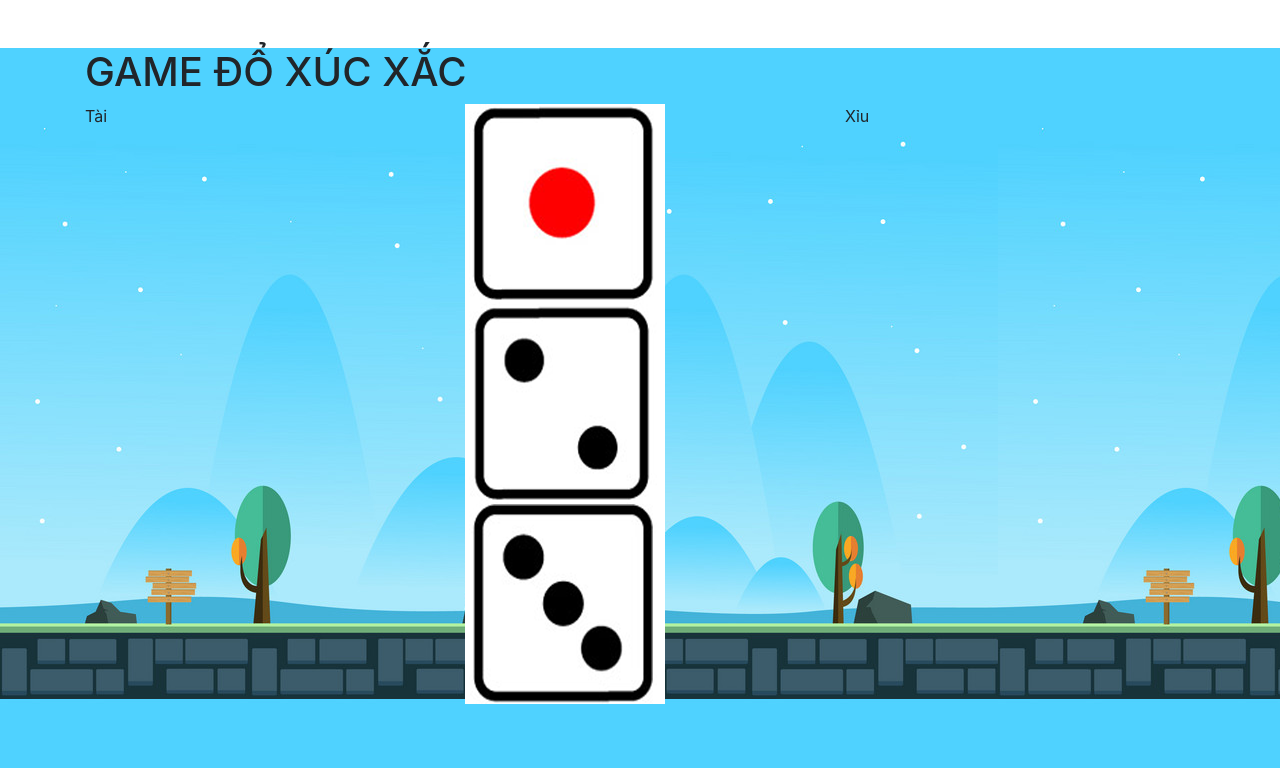
Repository: dovanthao2404/game-xuc-sac
Page: /
The author's editor kept a copy of each file at every save. The page is drawn from the files as they stood at one save, then again after the next save.
The browser window is 1280 px wide. The pictures show the whole page.
The project was rebuilt for these pictures with package versions that can differ from the ones it lists, and the page was loaded fresh each time.

Above is the page before, as saved 2021-09-11 13:03:17.

### public/index.html
<!DOCTYPE html>
<html lang="en">

<head>
  <meta charset="utf-8" />
  <link rel="icon" href="%PUBLIC_URL%/favicon.ico" />
  <meta name="viewport" content="width=device-width, initial-scale=1" />
  <meta name="theme-color" content="#000000" />
  <meta name="description" content="Web site created using create-react-app" />
  <link rel="apple-touch-icon" href="%PUBLIC_URL%/logo192.png" />
  <link rel="manifest" href="%PUBLIC_URL%/manifest.json" />
  <title>React App</title>
  <link rel="stylesheet" href="https://cdn.jsdelivr.net/npm/bootstrap@4.6.0/dist/css/bootstrap.min.css"
    integrity="sha384-B0vP5xmATw1+K9KRQjQERJvTumQW0nPEzvF6L/Z6nronJ3oUOFUFpCjEUQouq2+l" crossorigin="anonymous">
  <link rel="stylesheet" href="%PUBLIC_URL%/css/style.css">
</head>

<body>
  <noscript>You need to enable JavaScript to run this app.</noscript>
  <div id="root"></div>
</body>

</html>

### src/index.css
body {
  margin: 0;
  padding: 0;
  box-sizing: border-box;
  font-family: -apple-system, BlinkMacSystemFont, 'Segoe UI', 'Roboto', 'Oxygen',
    'Ubuntu', 'Cantarell', 'Fira Sans', 'Droid Sans', 'Helvetica Neue',
    sans-serif;
  -webkit-font-smoothing: antialiased;
  -moz-osx-font-smoothing: grayscale;
}

code {
  font-family: source-code-pro, Menlo, Monaco, Consolas, 'Courier New',
    monospace;
}

### src/App.js


function App() {
  return (
    <div className="main">
      <div className="container mt-5">
        <div className="title">
          <h1>GAME ĐỔ XÚC XẮC</h1>
        </div>
        <div>
          <div class="row justify-content-between">
            <div className="col-4">
              <div className="type">
                <span>Tài</span>
              </div>
            </div>
            <div className="col-4">
              <div>
                <img src="./images/1.png" alt="" />
                <img src="./images/2.png" alt="" />
                <img src="./images/3.png" alt="" />
              </div>
            </div>
            <div className="col-4">
              <div className="type">
                <span>Xỉu</span>
              </div>
            </div>
          </div>
        </div>
      </div>
    </div>
  );
}

export default App;

### public/css/style.css
.main {
  background-image: url(./../images/bgGame.png);
  height: 100vh;
  width: 100vw;
}

Loaded but not shown: src/index.js (common file); src/reportWebVitals.js (common file)

After the next save:
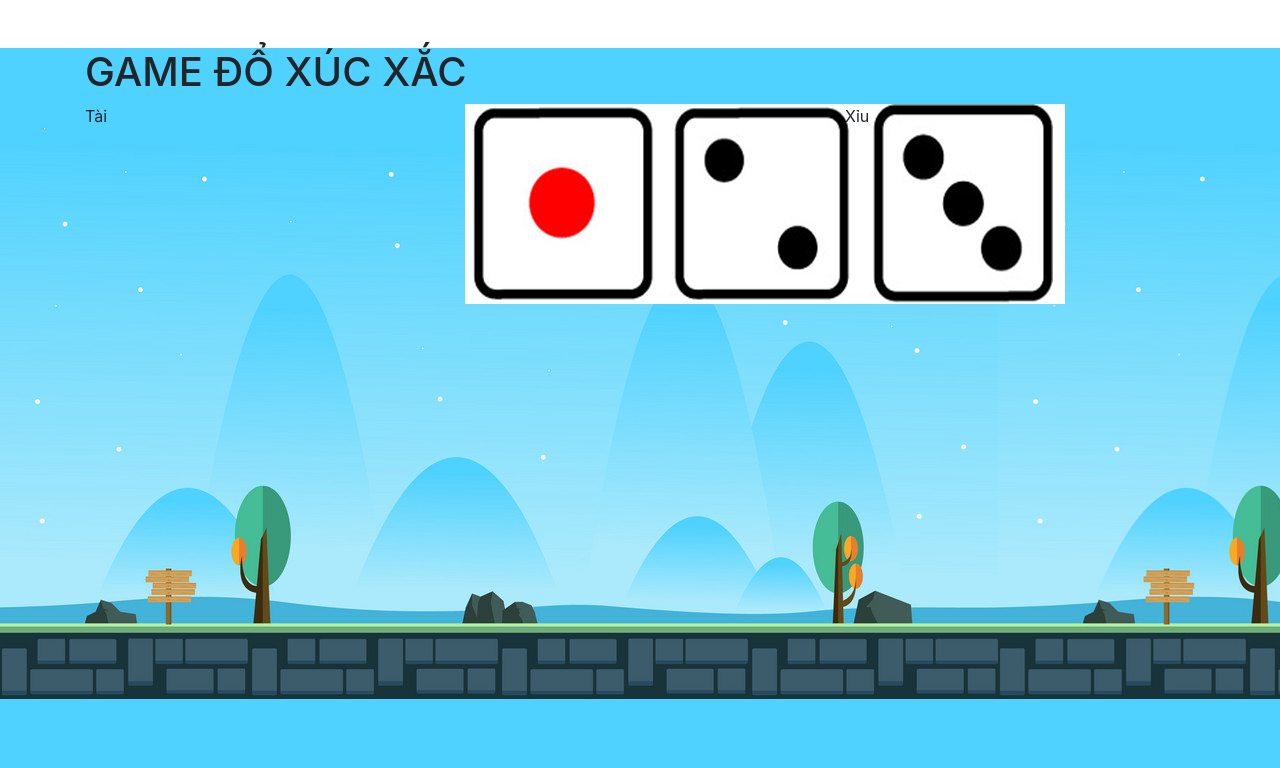
Saved 18 s later.
--- a/src/App.js
+++ b/src/App.js
@@ -15,7 +15,7 @@ function App() {
               </div>
             </div>
             <div className="col-4">
-              <div>
+              <div className="d-flex">
                 <img src="./images/1.png" alt="" />
                 <img src="./images/2.png" alt="" />
                 <img src="./images/3.png" alt="" />
